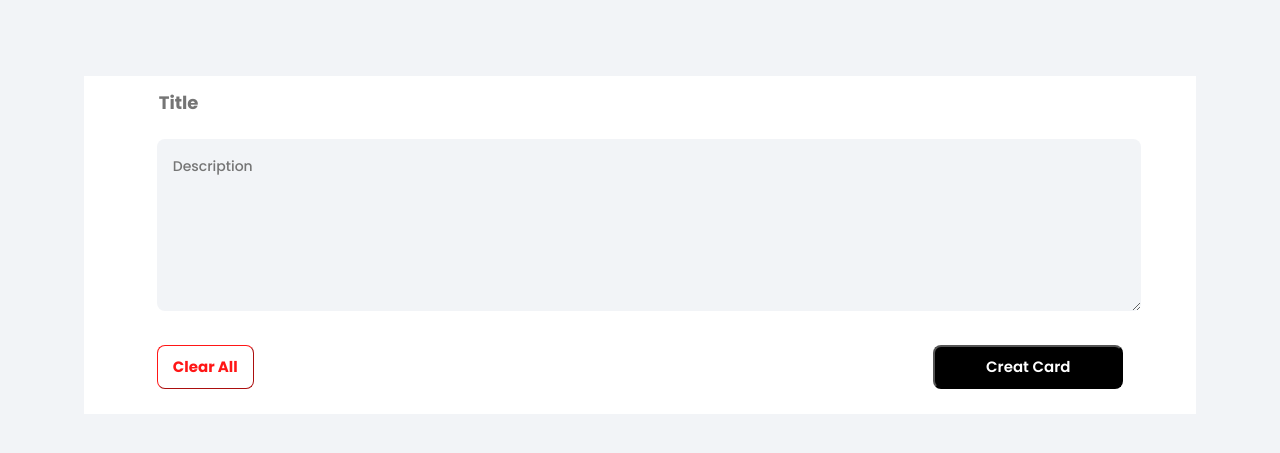
Repository: ReyhanehRahmani/TO-DO
Page: index.html
An editor plug-in stored every save of this project. The page is shown before and after the next save, followed by the edit.
The browser window is 1280 px wide. The pictures show the whole page.
Some web fonts or font styles are not loaded; a fallback is used.

Above is the page before, as saved 2025-06-08 11:01:57.

### index.html
<!DOCTYPE html>

<html lang="en">

    <head>

        <meta name="viewport" content="width=device-width, initial-scale=1.0" />

        <title>TO-DO</title>

        <link rel="icon" type="image/jpg" href="favicon.png">

        <link rel="stylesheet" href="style.css">

        <link rel="preconnect" href="https://fonts.googleapis.com">

        <link rel="preconnect" href="https://fonts.gstatic.com" crossorigin>

        <link href="https://fonts.googleapis.com/css2?family=Poppins:ital,wght@0,100;0,200;0,300;0,400;0,500;0,600;0,700;0,800;0,900;1,100;1,200;1,300;1,400;1,500;1,600;1,700;1,800;1,900&family=Sofia+Sans:ital,wght@0,1..1000;1,1..1000&display=swap" rel="stylesheet">

    </head>
    <body>
        <div id="main-card">
            <div id="content">
                <div >
                <div id="title">
                    <input type="text" id="titlebox" minlength="3" maxlength="30" placeholder="Title">
                </div>
                <div id="description">
                    <textarea type="text" id="descriptionbox" maxlength="200" placeholder="Description"></textarea>
                </div>
                </div>

                <div id="buttons">
                    <div id="clear"><button id="clearbut">Clear All</button></div>
                    <div id="creat"><button id="creatbut">Creat Card</button></div>
                </div>
            </div>
        </div>
        <div id="cardsContainer"></div>
        <script src="script.js"></script>
    </body>

### style.css
body{
    background-color: #F2F4F7;
}



#main-card{
    margin-left: 6%;
    margin-right: 6%;
    margin-top: 6%;
    background-color: #FFFFFF;
}

#content{
    margin-right: 6.557377049%;
    margin-left: 6.557377049%;
    margin-top: 6.557377049%;
    margin-bottom: 6.557377049%;
}

#titlebox{
    font-family: 'Poppins';
    font-weight: 700;
    font-size: 18px;
    line-height: 150%;
    letter-spacing: -2%;
    border: none;
    width: 100%;
    height: 51px;
}

#descriptionbox{
    border: none;
    width: 100%;
    font-family: 'Poppins';
    font-weight: 500;
    font-size: 14px;
    line-height: 100%;
    letter-spacing: -3%;
    height: 150px;
    border-radius: 8px;
    background: #F2F4F7;
    padding-left: 16px;
    margin-right: 16px;
    padding-top: 20px;
    margin-top: 10px;

}

#content{
    display: flex;
    flex-direction: column;
    justify-content: space-between;
    gap: 30px;
}

#buttons{
    display: flex;
    justify-content: space-between;
    gap: 12px;
    margin-bottom: 25px;
}

#clear{
    text-align: center;
    justify-content: center;
}

#clearbut{
    height: 44px;
    border-radius: 8px;
    border-width: 1.4px;
    border-color: #FF1616;
    background-color: #FFFFFF;
    font-family: 'Poppins';
    font-weight: 700;
    font-size: 15px;
    line-height: 100%;
    letter-spacing: -3%;
    color: #FF1616;
    white-space: nowrap;
    width: 97px;

}

#creat{
    text-align: center;
    justify-content: center;
}

#creatbut{
    height: 44px;
    border-radius: 8px;
    background: #000000;
    font-family: 'Poppins';
    font-weight: 600;
    font-size: 15px;
    line-height: 100%;
    letter-spacing: -3%;
    color: #FFFFFF;
    width: 190px;

}

.cardsContainer{
    justify-content: center;
}


.card {
    width: 320px;
    height: 238px;
    border-radius: 8px;
    background: #FCFCFD;
    box-shadow: 0px 0.5px 2px 0px #1018284D;
    justify-self: center;
    position: relative;
}


.cardTitle{
    font-family: 'Poppins';
    font-weight: 700;
    font-size: 18px;
    line-height: 150%;
    letter-spacing: -2%;
    margin-left: 6.25%;
    padding-top: 4.1%;


}

.cardDate{
    font-family: 'Poppins';
    font-weight: 600;
    font-size: 13px;
    line-height: 150%;
    letter-spacing: -2%;
    margin-left: 6.25%;
    color: #98A2B3;
    margin-top: 6px;

}

.cardDesc{
    font-family: 'Poppins';
    font-weight: 500;
    font-size: 13px;
    line-height: 150%;
    letter-spacing: -2%;
    color: #98A2B3;
    margin-left: 6.25%;
    margin-top: 16px;
}

### script.js
document.getElementById("creatbut").onclick = function () {

    const title = document.getElementById("titlebox").value.trim();
    const desc = document.getElementById("descriptionbox").value.trim();

    const card = document.createElement("div");
    card.classList.add("card");

    const cardItems =document.createElement("div");
    card.classList.add("cardItem");

    card.appendChild(cardItems);

    const titleElem = document.createElement("div");
    titleElem.classList.add("cardTitle");
    titleElem.textContent = title;

    const dateElem = document.createElement("div");
    dateElem.classList.add("cardDate");

    const now = new Date();
    const day = now.getDate();
    const monthNames = ["January", "February", "March", "April", "May", "June","July", "August", "September", "October", "November", "December"];

    const month = monthNames[now.getMonth()];

    const formattedDate = day + " " + month;

    dateElem.textContent = formattedDate + " • " + " Assigned to Taha ";

    const descElem = document.createElement("div");
    descElem.classList.add("cardDesc");
    descElem.textContent = desc;

    cardItems.appendChild(titleElem);
    cardItems.appendChild(dateElem);
    cardItems.appendChild(descElem);

    document.getElementById("cardsContainer").appendChild(card);

    document.getElementById("titlebox").value = "";
    document.getElementById("descriptionbox").value = "";
};

After the next save:
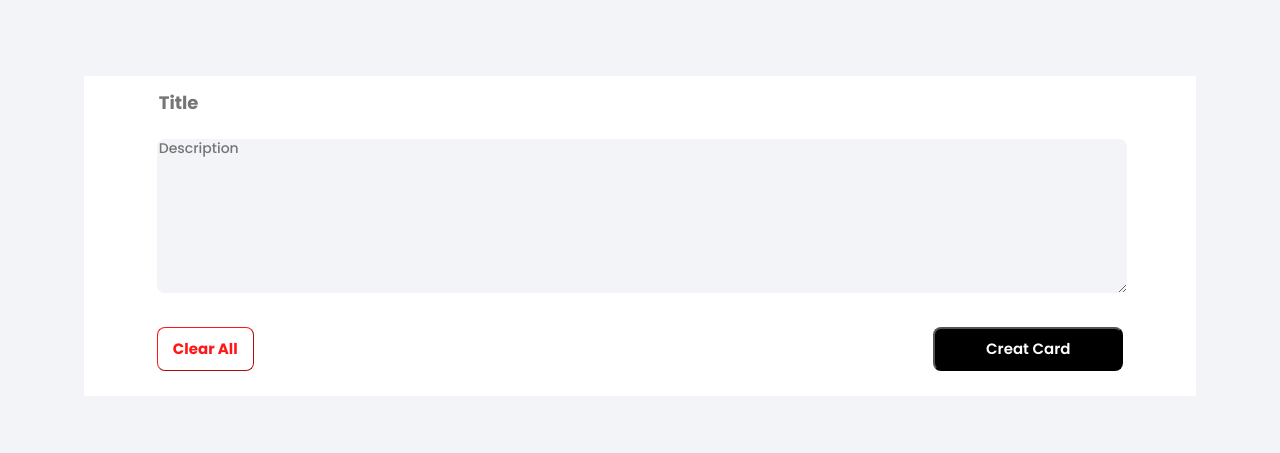
Saved 26 s later.
--- a/style.css
+++ b/style.css
@@ -40,9 +40,7 @@ body{
     height: 150px;
     border-radius: 8px;
     background: #F2F4F7;
-    padding-left: 16px;
-    margin-right: 16px;
-    padding-top: 20px;
+
     margin-top: 10px;
 
 }
